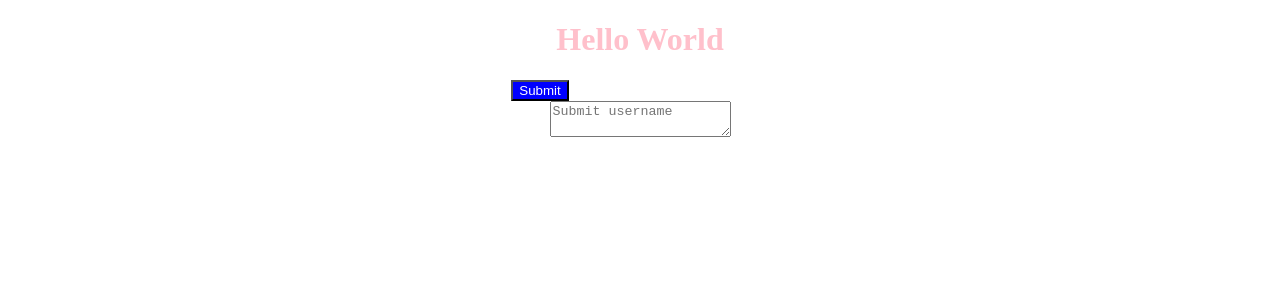
Repository: Flamemaster921/Feature-Showcase
Page: Index/firstPage/Website.html
These files come from the project's save history. The page is drawn as it stood at one moment and after the next save; the edit follows.
The browser window is 1280 px wide. The pictures show the whole page.

Above is the page before, as saved 2025-12-15 02:07:13.

After the next save:
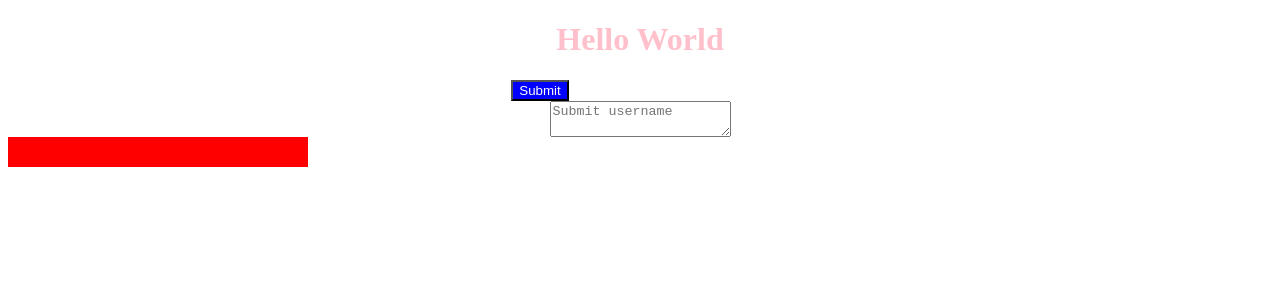
Saved 27 s later.
--- a/Index/firstPage/Website.html
+++ b/Index/firstPage/Website.html
@@ -13,4 +13,8 @@
     <button id="submitButton" class="primary-btn">Submit</button>
 
     <textarea id="usernameBox" class="text-input" placeholder="Submit username"></textarea>
+
+    <div class="color-bar"></div>
+
+
 </body>
